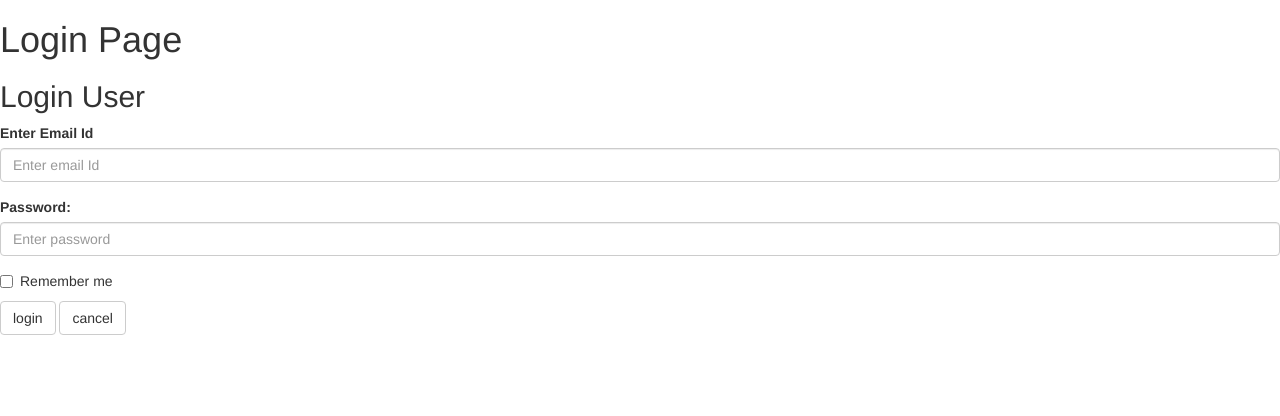
Repository: ashwinipatil321/ServletPrograms
Page: http://localhost/loginAndRegisterServlet/login.jsp
The author's editor kept a copy of each file at every save. The page is drawn from the files as they stood at one save, then again after the next save.
The browser window is 1280 px wide. The pictures show the whole page.
Some web libraries are served in a nearby version. The page is served by Tomcat 9.

Above is the page before, as saved 2017-11-07 05:26:04.

After the next save:
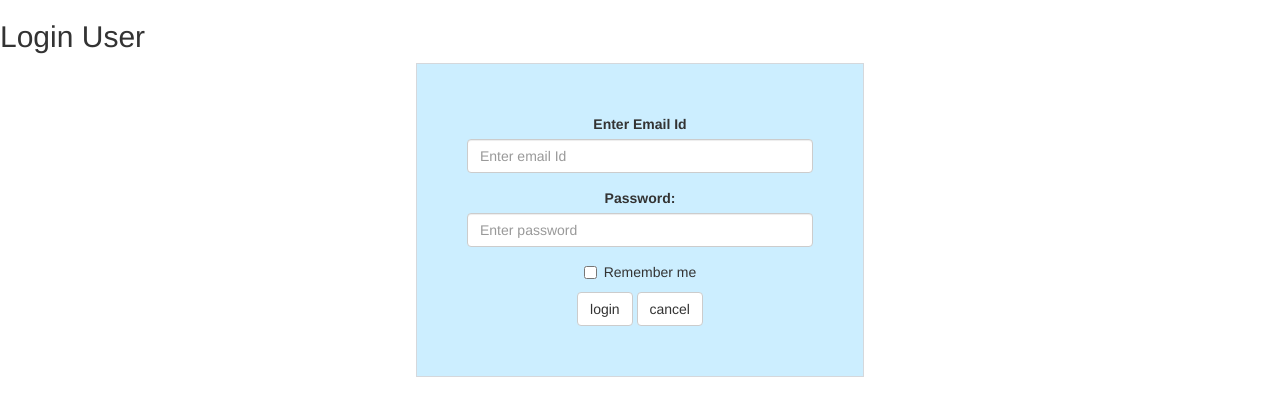
Saved 3 min 21 s later.
--- a/loginAndRegisterServlet/WebContent/login.jsp
+++ b/loginAndRegisterServlet/WebContent/login.jsp
@@ -24,9 +24,10 @@ center {
 </head>
 
 <body>
-	<h1>Login Page</h1>
+
 
 		<h2>Login User</h2>
+		<center>
 		<form action="Login" method="post">
 
 
@@ -49,7 +50,7 @@ center {
 				<a href="Register.jsp">
 			<button type="submit" class="btn btn-default">cancel</button></a>
 		</form>
-		</div>
+	</center>
 </body>
 </html>
 <!-- Email Id
